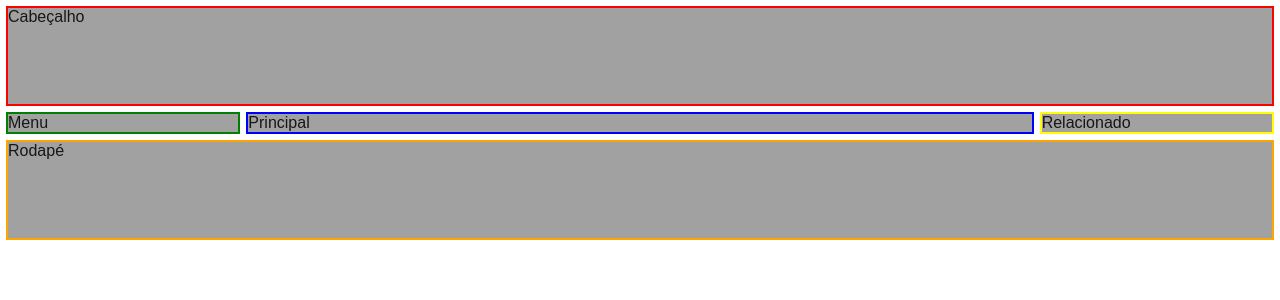
Repository: AleOi3/htmlTemplate
Page: /temp_one
An editor plug-in stored every save of this project. The page is shown before and after the next save, followed by the edit.
The browser window is 1280 px wide. The pictures show the whole page.
The project was rebuilt for these pictures with package versions that can differ from the ones it lists, and the page was loaded fresh each time. The framework's server and built-in components were replaced by stand-ins that run in the browser. Also part of the build but not shown: next.config.ts.

Above is the page before, as saved 2024-12-09 00:38:25.

### src/app/temp_one/page.tsx
const TemplateOnePage = () => {
    return <div style={{display:"flex", flexWrap: 'wrap'}}>
        <header style={{
            border: '2px solid red',
            margin: 3,
            display: 'flex',
            flex: '1 1 100vw',
            height: 100,
            background: '#a1a1a1'
        }}>
            Cabeçalho
        </header>
        <nav style={{
            border: '2px solid green',
            margin: 3,
            display: 'flex',
            flex: '1 1 200px',
            background: '#a1a1a1'

        }}>Menu</nav>
        <main style={{
            border: '2px solid blue',
            margin: 3,
            display: 'flex',
            flex: '20 1 100px',
            background: '#a1a1a1'

        }}>Principal</main>
        <aside style={{
            border: '2px solid yellow',
            margin: 3,
            display: 'flex',
            flex: '1 1 200px',
            background: '#a1a1a1'

        }}>Relacionado</aside>
        <footer style={{
            border: '2px solid orange',
            margin: 3,
            display: 'flex',
            flex: '1 1 100vw',
            height: 100,
            background: '#a1a1a1'

        }}>Rodapé</footer>

    </div>
}

export default TemplateOnePage;

### src/app/globals.css
:root {
  --background: #ffffff;
  --foreground: #171717;
}

@media (prefers-color-scheme: dark) {
  :root {
    --background: #0a0a0a;
    --foreground: #ededed;
  }
}

html,
body {
  max-width: 100vw;
  overflow-x: hidden;
}

body {
  color: var(--foreground);
  background: var(--background);
  font-family: Arial, Helvetica, sans-serif;
  -webkit-font-smoothing: antialiased;
  -moz-osx-font-smoothing: grayscale;
  margin: 3px;
  flex: 1 1 100vw;
}

* {
  box-sizing: border-box;
  padding: 0;
  margin: 0;
}

a {
  color: inherit;
  text-decoration: none;
}

@media (prefers-color-scheme: dark) {
  html {
    color-scheme: dark;
  }
}

Loaded but not shown: src/app/layout.tsx (common file)

After the next save:
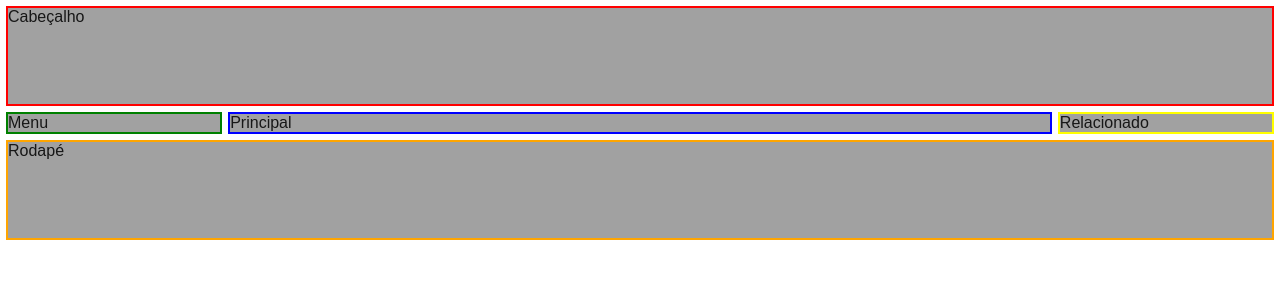
Saved 65 s later.
--- a/src/app/temp_one/page.tsx
+++ b/src/app/temp_one/page.tsx
@@ -22,7 +22,7 @@ const TemplateOnePage = () => {
             border: '2px solid blue',
             margin: 3,
             display: 'flex',
-            flex: '20 1 100px',
+            flex: '20 1 500px',
             background: '#a1a1a1'
 
         }}>Principal</main>
